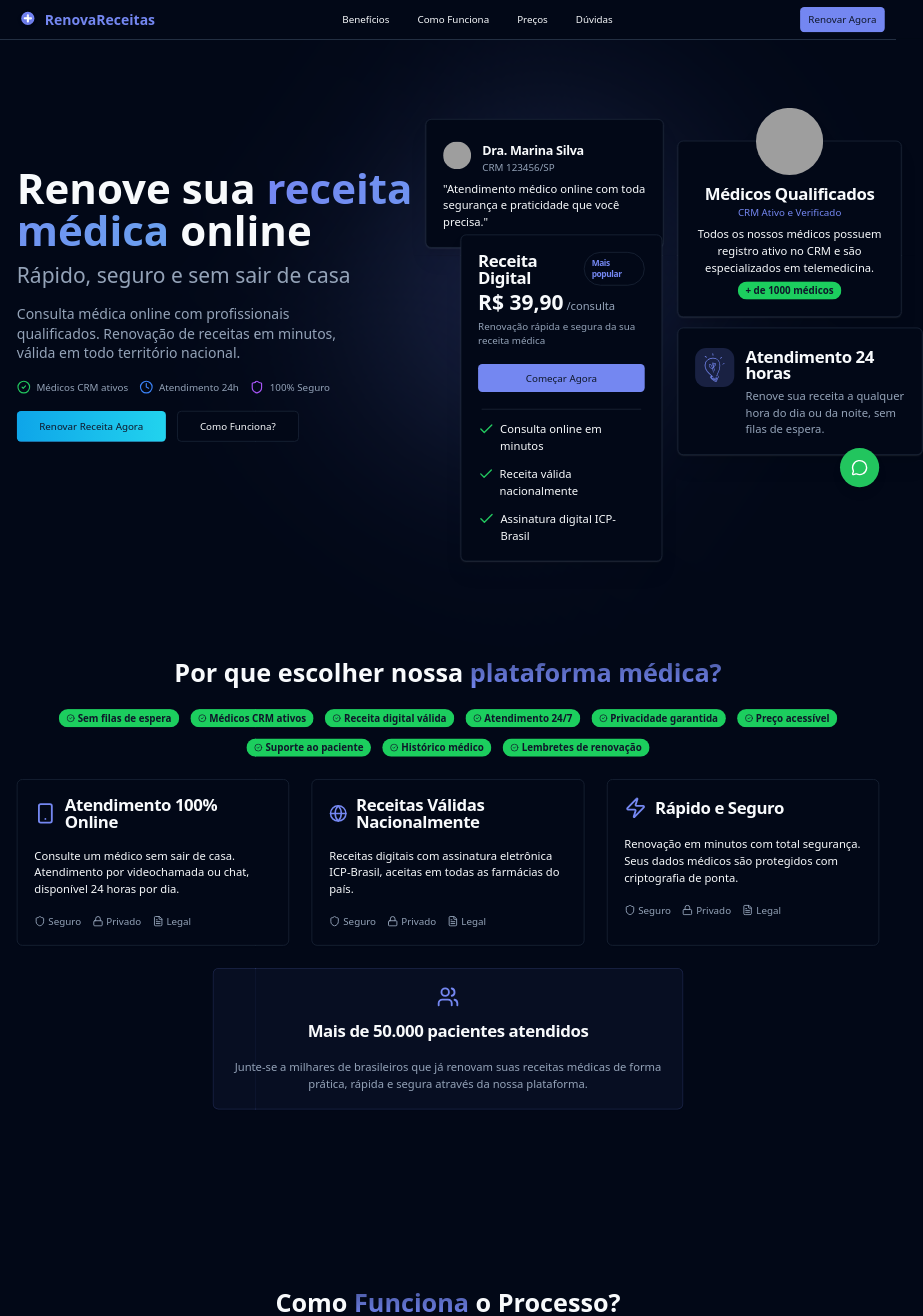
Repository: xoiurp/saude-digital
Page: /
These files come from the project's save history. The page is drawn as it stood at one moment and after the next save; the edit follows.
The browser window is 1280 px wide. The page is 1318 px wide, so the pictures cover 1318 px, including what lies to the right of the window. The pictures show the part of the page from y = 0 to 1880 px (the page is 6777 px tall), at 70% of full size.
Pictures or frames that could not be fetched are drawn as grey boxes. The project was rebuilt for these pictures with package versions that can differ from the ones it lists, and the page was loaded fresh each time. Also part of the build but not shown: vite.config.ts.

Above is the page before, as saved 2025-09-09 16:12:40.

After the next save:
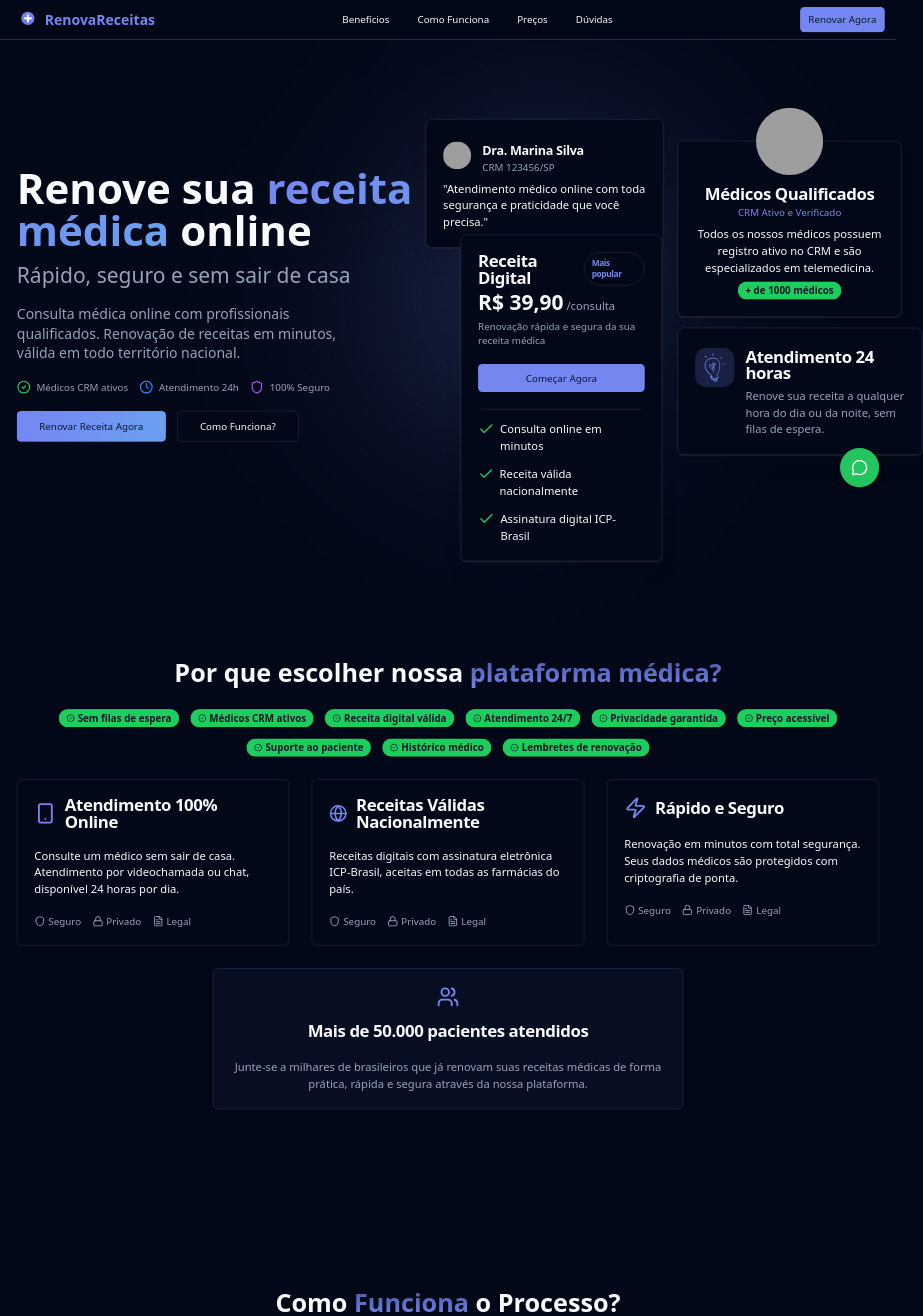
Saved 26 s later.
--- a/src/components/Hero.tsx
+++ b/src/components/Hero.tsx
@@ -40,7 +40,7 @@ export const Hero = () => {
         </div>
 
         <div className="space-y-4 md:space-y-0 md:space-x-4">
-          <Button size="lg" className="w-full md:w-auto bg-gradient-to-r from-[#0EA5E9] to-[#22D3EE] hover:from-[#0284C7] hover:to-[#0EA5E9]">
+          <Button size="lg" className="w-full md:w-auto bg-gradient-to-r from-[#0EA5E9] to-[#22D3EE] from-[#7487F1] to-[#6ba0f0] ">
             Renovar Receita Agora
           </Button>
 
